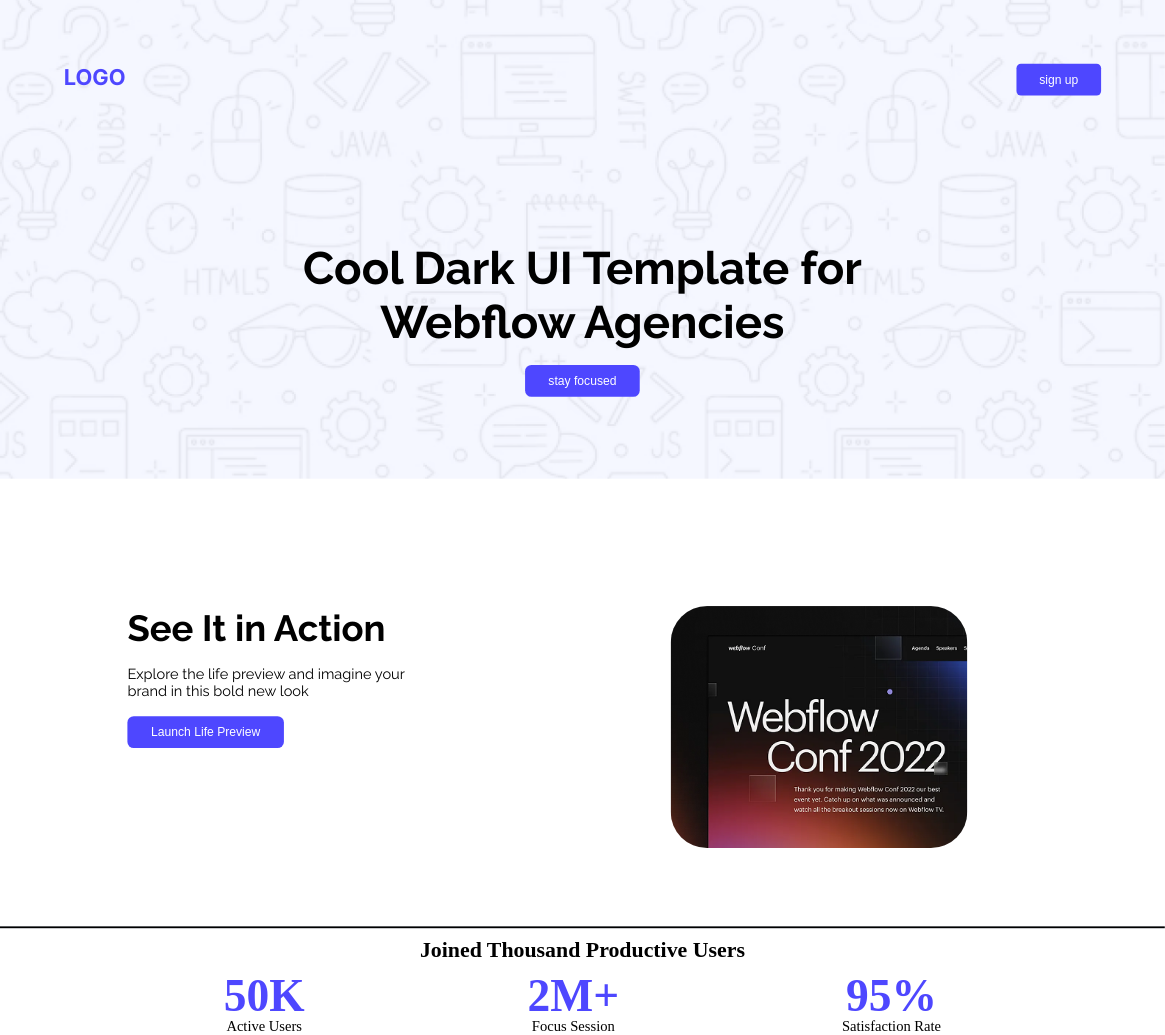
Repository: dollyrakhe22/landing-launchpad
Page: index.html
An editor plug-in stored every save of this project. The page is shown before and after the next save, followed by the edit.
The browser window is 1280 px wide. The pictures show the whole page, at 91% of full size.

Above is the page before, as saved 2025-07-11 02:16:09.

### index.html
<!DOCTYPE html>
<html lang="en">
<head>
    <meta charset="UTF-8">
    <meta name="viewport" content="width=device-width, initial-scale=1.0">
    <title>Landing Launchpad</title>
    <link rel="preconnect" href="https://fonts.googleapis.com">
    <link rel="preconnect" href="https://fonts.googleapis.com">
<link rel="preconnect" href="https://fonts.gstatic.com" crossorigin>
<link href="https://fonts.googleapis.com/css2?family=Inter:ital,opsz,wght@0,14..32,100..900;1,14..32,100..900&family=Open+Sans:ital,wght@0,300..800;1,300..800&family=Raleway:ital,wght@0,100..900;1,100..900&display=swap" rel="stylesheet">
    <link rel="stylesheet" href="style.css">
   </head>
   <body>
    <header>

        <nav>
         <h2 class="inter-normal">LOGO</h2>
            <a href="#"><button>sign up</button></a>
        </nav>
        <div class="banner-section">
             <h1 class="raleway-normal" >Cool Dark UI Template for <br>Webflow Agencies</h1><br>
            <a href=""><button class="button-container">stay focused</button></a>
        </div>
    </header>
    <main>
           <!--action-container--->
           <div class="section-1">
            <div >
                <h3 class="raleway-normal">See It in Action</h3><br>
                <p class="raleway-normal" >Explore the life preview and imagine your<br>brand in this bold new look</p><br>
                 <a href=""><button class="button-container">Launch Life Preview</button></a>
                 </div>
                <div>
                     <img src="Assets/wc-mini.png" weight="90%"height="80%"
                     alt="" srcset="">
                </div>
            </div>
           <!--Users-Section-->
           <section class="users-container">
            <h1>Joined Thousand Productive Users</h1>
            <div class="contain">
                 <div>
                <h1>50K</h1>
                <p>Active Users</p>
            </div>
            <div>
                <h1>2M+</h1>
                <p>Focus Session</p>
            </div>
            <div>
                <h1>95%</h1>
                <p>Satisfaction Rate</p>
            </div>
            </div>




           </section>
    </main>
    <footer>

    </footer>
</body>
</html>

### style.css
*{
    padding: 0;
    margin: 0;
}


.inter-normal {
  font-family: "Inter", sans-serif;
  font-optical-sizing: auto;
  font-style: normal;
}
header{
    background-image: url("Assets/Hero-bg.png");


}
/*nav style*/
h2{
    color:#4E47FF;
   font-weight:bolder;


}
nav{
    display: flex;
    justify-content: space-between;
    padding: 70px;
}
nav button{
    text-decoration: none;
    padding: 10px 25px;
    background-color:#4E47FF ;
    color:white;
    border-radius: 5px;
    border: none;


}

.raleway-normal{
  font-family: "Raleway", sans-serif;
  font-optical-sizing: auto;
  font-style: normal;
}
.banner-section{
    text-align: center;
    padding: 90px;
}
.banner-section h1{
    font-weight: bolder;
    font-size: 50px;
}
.button-container{
     padding: 10px 26px;
    background-color:#4E47FF ;
    color:white;
    border-radius: 7px;
    border: none;

}
/*action-container*/

.section-1{
    display: flex;
    justify-content: space-between;
    padding: 50px;
    margin: 90px;

}
.section-1 h3{
    font-size: 40px;
}
.section-1  p{

}
.section-1 img{
    border-radius: 40px;


}
/*Users- Section*/
.users-container{

    text-align: center;
    border: 1px solid black;
     margin-bottom: 40px;
     margin-top: -120px;
     background-color: #eaf0ff;
    height: 0px;

}
.users-container h1{
    line-height: 50px;
}
.contain{
    display: flex;
    justify-content: center;
    justify-content: space-evenly;
    margin-bottom: 30px;

}
.contain h1{
    color: #4E47FF ;
    font-weight: bold;
    font-size: 50px;

}

After the next save:
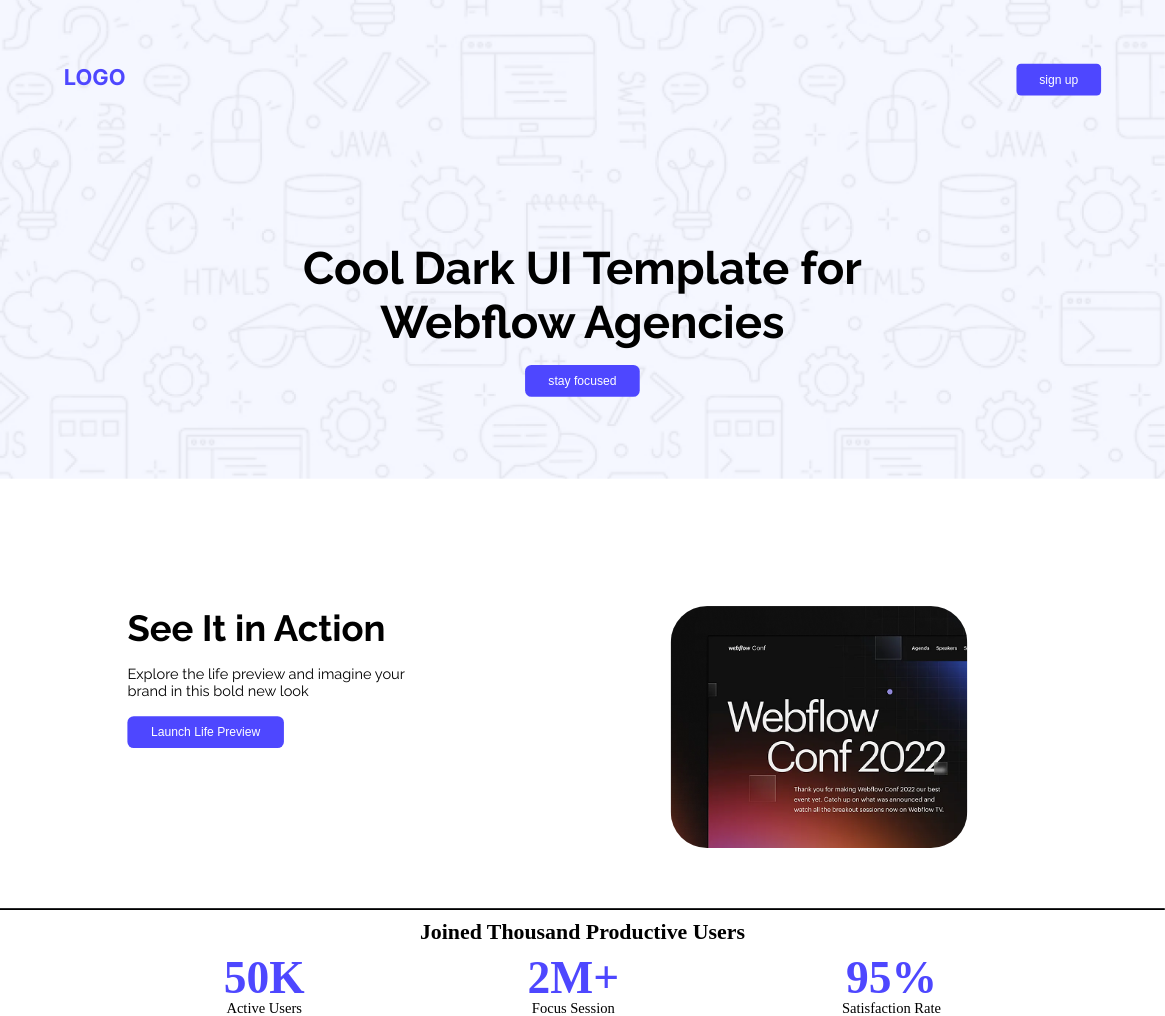
Saved 86 s later.
--- a/style.css
+++ b/style.css
@@ -84,7 +84,7 @@
     text-align: center;
     border: 1px solid black;
      margin-bottom: 40px;
-     margin-top: -120px;
+     margin-top: -140px;
      background-color: #eaf0ff;
     height: 0px;
 
